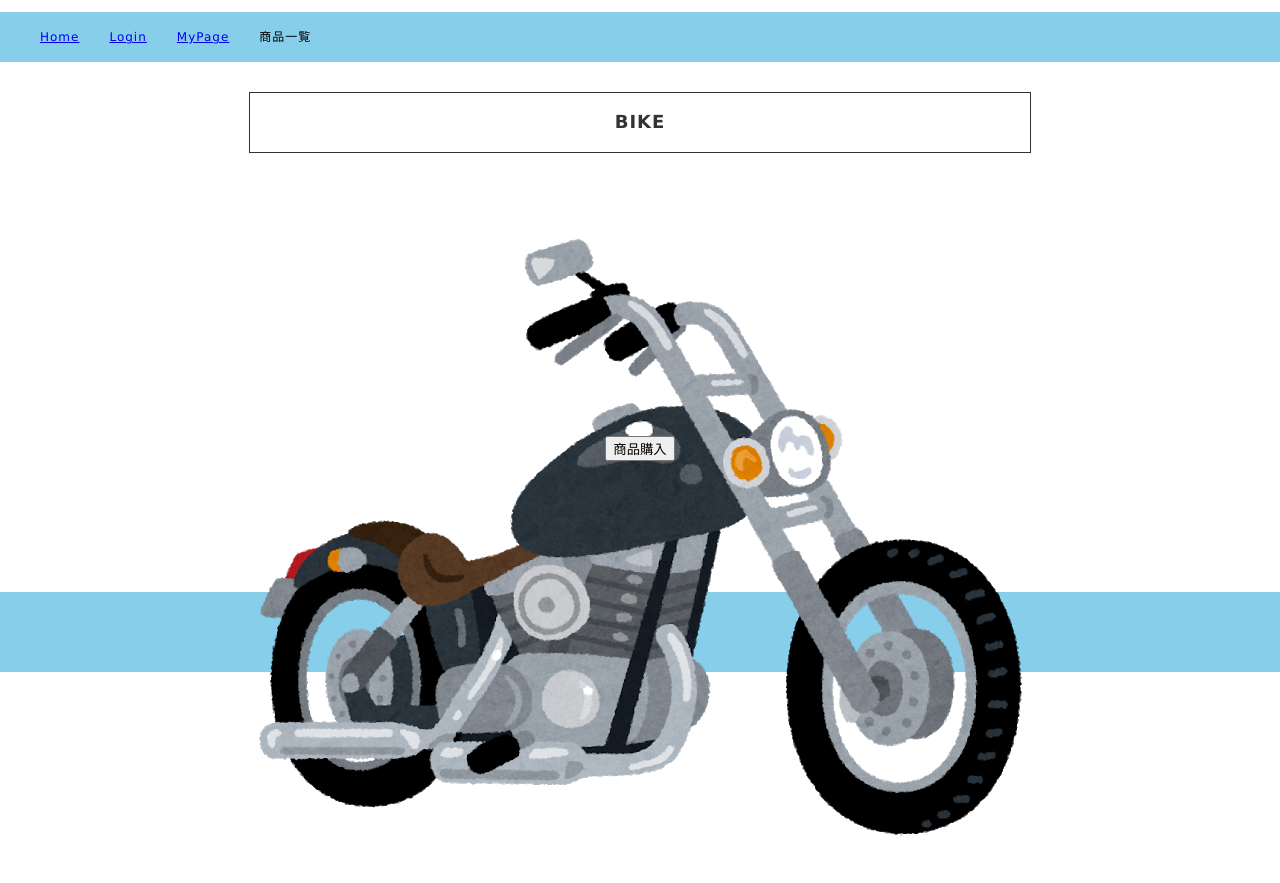
Repository: RYOYAEGAWA/test
Page: http://localhost/ecsite_a/
An editor plug-in stored every save of this project. The page is shown before and after the next save, followed by the edit.
The browser window is 1280 px wide. The pictures show the whole page.
The page is served by Tomcat 9. Other server files are loaded and not shown.

Above is the page before, as saved 2018-05-18 14:59:19.

### java/Eclipse_Data/ecsite_a/WebContent/home.jsp
<%@ page language="java" contentType="text/html; charset=UTF-8" pageEncoding="UTF-8"%>
<%@ taglib prefix="s" uri="/struts-tags" %>

<!DOCTYPE html>
<html>
<head>
		<meta http-equiv="Content-Type" content="text/html; charset=utf-8"/>
		<meta http-equiv="Content-Style-Type" content="text/css" />
		<meta http-equiv="Content-Script-Type" content="text/javascript" />
		<meta http-equiv="imagetoolbar" content="no" />
		<meta name="description" content="" />
		<meta name="keywords" content="" />
		<title>Home画面</title>

		<style type="text/css">
			body {
			margin:0;
			padding:0;
			line-height:1.6;
			letter-spacing:1px;
			font-family:Verdana, Helvetica, sans-serif;
			font-size:12px;
			color:#333;
			background:#fff;
			}

			table {
			text-align:center;
			margin:0 auto;
			}

			#top {
			width:780px;
			margin:30px auto;
			border:1px solid #333;
			}

			/* #header {
			width:100%;
			height:80px;
			background-color:black;
			} */

			#main {
			width:100%;
			height:500px;
			text-align:center;
			}

			#footer {
			width:100%;
			height:80px;
			background-color:skyblue;
			clear:both;
			}
			#text-center {
			display: inline-block;
			text-align: center;
			}

			.HomeImage{
			display:block;
			margin:0 auto;
			height:200px;
			margin-top:50px;
			margin-bottom:30px;
			z-index:5;
			}

		</style>

</head>
<body>
<s:include value="Header.jsp"></s:include>
		<!-- <div id="header">
			<div id ="pr">
			</div>
		</div> -->
		<div id="main">
			<div id="top">
				<h2>BIKE</h2>
			</div>

			<div class="HomeImage">
			<div><img src="./image/bike_american_choppers_.jpg"></div>
			</div>


			<div id="text-center">
				<s:form action="HomeAction">
						<s:submit value="商品購入"/>
				</s:form>
				<s:if test="#session.id != null">
						<p>ログアウトする場合は
								<a href= '<s:url action="LogoutAction" />'>こちら</a></p>
				</s:if>
				</div>
			</div>


			<div id="footer">
					<div id="pr">
					</div>
			</div>

</body>
</html>

### java/Eclipse_Data/ecsite_a/WebContent/Header.jsp
<%@ page language="java" contentType="text/html; charset=UTF-8" pageEncoding="UTF-8"%>
<%@ taglib prefix="s" uri="/struts-tags" %>

<!DOCTYPE html>
<html>
<head>
		<meta http-equiv="Content-Type" content="text/html; charset=utf-8"/>
		<meta http-equiv="Content-Style-Type" content="text/css" />
		<meta http-equiv="Content-Script-Type" content="text/javascript" />
		<meta http-equiv="imagetoolbar" content="no" />
		<meta name="description" content="" />
		<meta name="keywords" content="" />
		<title>header表示</title>

		<style type="text/css">
		.contents {
		height:50px;
		width:100%;
		background-color:skyblue;
		line-height:30px;
		}

		li{
		float:left;
		list-style:none;
		color:black;
		padding-right:30px;
		padding-top:10px;


		}

		</style>
</head>
<body>

<header>
	<div class="contents">
		<ul>
			<li><a href='<s:url action="GoHomeAction"/>'>Home</a></li>
			<li><a href='<s:url action="HomeAction"/>'>Login</a></li>
			<li><a href='<s:url action="MyPageAction"/>'>MyPage</a></li>
			<li>商品一覧</li>
		</ul>
	</div>
</header>





</body>
</html>

After the next save:
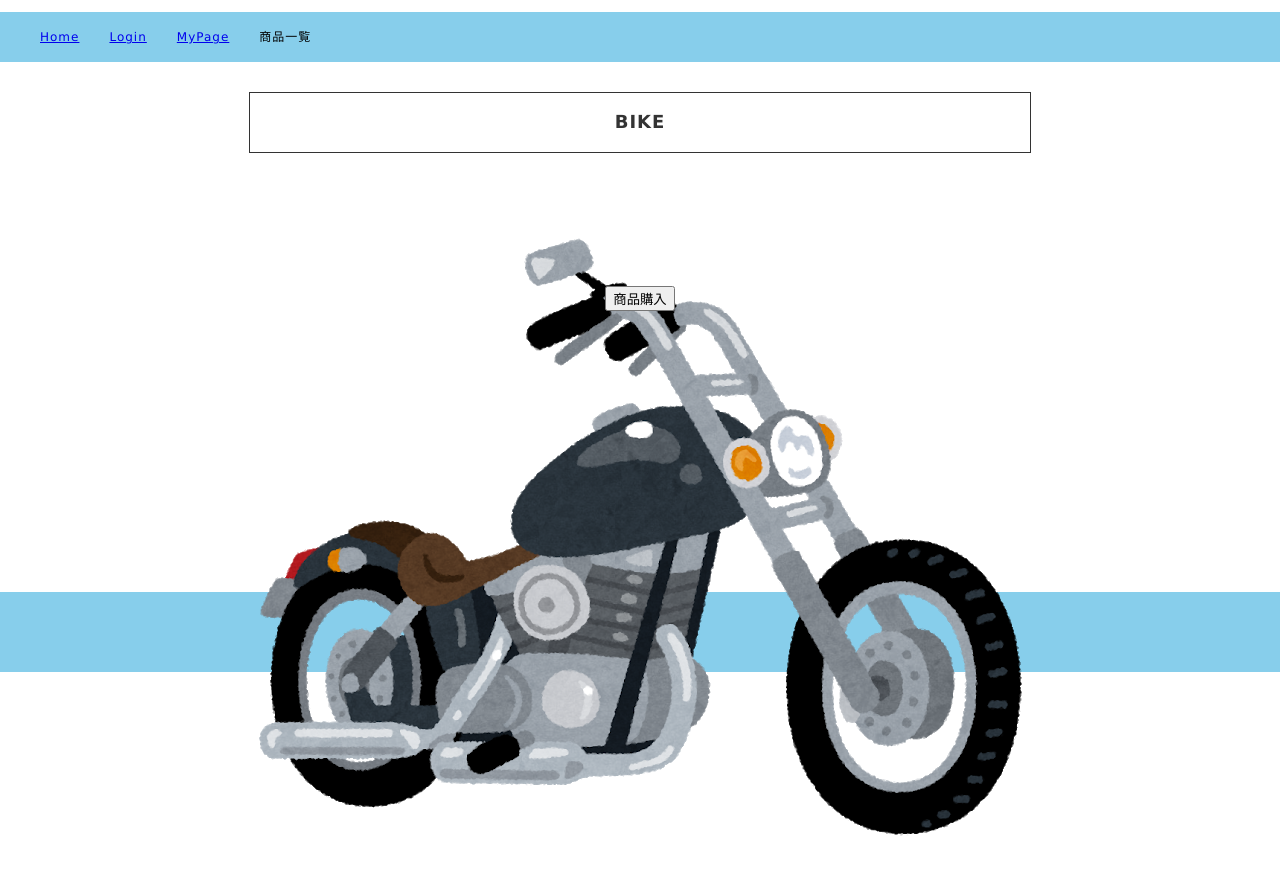
Saved 27 s later.
--- a/java/Eclipse_Data/ecsite_a/WebContent/home.jsp
+++ b/java/Eclipse_Data/ecsite_a/WebContent/home.jsp
@@ -61,7 +61,7 @@
 			.HomeImage{
 			display:block;
 			margin:0 auto;
-			height:200px;
+			height:50px;
 			margin-top:50px;
 			margin-bottom:30px;
 			z-index:5;
